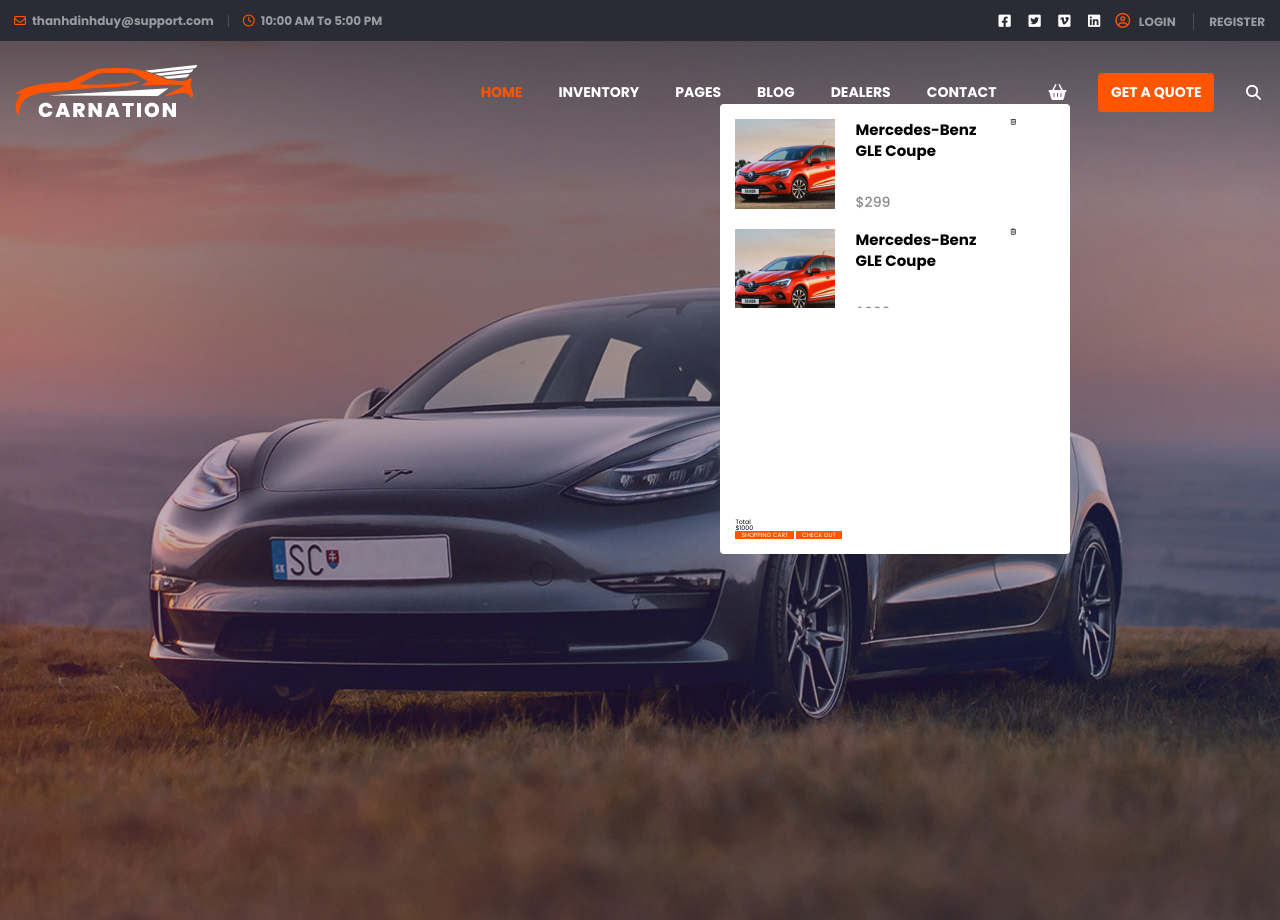
Repository: thanhdinh01/shopcar
Page: index.html
These files come from the project's save history. The page is drawn as it stood at one moment and after the next save; the edit follows.
The browser window is 1280 px wide. The pictures show the whole page.
Some web libraries are served in a nearby version. The style sheet was rebuilt from its Sass, Less or Tailwind sources for each picture, by a compiler version that may differ from the author's.

Above is the page before, as saved 2022-08-10 19:23:32.

### index.html
<!DOCTYPE html>
<html lang="en">
  <head>
    <meta charset="UTF-8" />
    <meta http-equiv="X-UA-Compatible" content="IE=edge" />
    <meta name="viewport" content="width=device-width, initial-scale=1.0" />
    <title>Increase follower on social media</title>
    <link
      rel="stylesheet"
      href="https://cdnjs.cloudflare.com/ajax/libs/font-awesome/6.1.2/css/all.min.css"
      integrity="sha512-1sCRPdkRXhBV2PBLUdRb4tMg1w2YPf37qatUFeS7zlBy7jJI8Lf4VHwWfZZfpXtYSLy85pkm9GaYVYMfw5BC1A=="
      crossorigin="anonymous"
      referrerpolicy="no-referrer"
    />
    <link
      href="https://fonts.googleapis.com/css2?family=Poppins:wght@300;400;500;600;700&display=swap"
      rel="stylesheet"
    />
    <link rel="stylesheet" href="./css/reset.css" />
    <link rel="stylesheet" href="./css/style.css" />
  </head>

  <body>
    <div class="main">
      <!-- HEADER -->
      <header class="header">
        <div class="header-top">
          <div class="container">
            <div class="header-top-container dflex">
              <ul class="header-top-left">
                <li>
                  <i class="fa-regular fa-envelope"></i>
                  <p>thanhdinhduy@support.com</p>
                </li>
                <li>
                  <i class="fa-regular fa-clock"></i>
                  <p>10:00 AM To 5:00 PM</p>
                </li>
              </ul>
              <ul class="header-top-right">
                <li class="header-contact">
                  <a href="#"><i class="fa-brands fa-square-facebook"></i></a>
                  <a href="#"><i class="fa-brands fa-square-twitter"></i></a>
                  <a href="#"><i class="fa-brands fa-square-vimeo"></i></a>
                  <a href="#"><i class="fa-brands fa-linkedin"></i></a>
                </li>
                <li class="header-login">
                  <a href="#" class="login">
                    <i class="fa-regular fa-circle-user"></i> LOGIN
                  </a>
                  <a href="#" class="logup"> REGISTER </a>
                </li>
              </ul>
            </div>
          </div>
        </div>
        <div class="header-navigation">
          <div class="container p15 dflex">
            <div class="nav-logo">
              <a href="#" class="logo-link">
                <img src="./images/header/logo.png" alt="logo" />
              </a>
            </div>
            <div class="nav-total dflex">
              <ul class="nav-list dflex">
                <li class="nav-item active">
                  <a href="#">HOME</a>
                </li>
                <li class="nav-item">
                  <a href="#">INVENTORY </a>
                  <ul class="sub-list">
                    <li class="sub-item">
                      <a href="#">Inventory List</a>
                    </li>
                    <li class="sub-item">
                      <a href="#">Inventory Details</a>
                    </li>
                  </ul>
                </li>
                <li class="nav-item">
                  <a href="#">PAGES</a>
                  <ul class="sub-list">
                    <li class="sub-item">
                      <a href="#">About us</a>
                    </li>
                    <li class="sub-item">
                      <a href="#">Loan Calculator</a>
                    </li>
                    <li class="sub-item">
                      <a href="#">Login Page</a>
                    </li>
                  </ul>
                </li>
                <li class="nav-item">
                  <a href="#">BLOG</a>
                  <ul class="sub-list">
                    <li class="sub-item">
                      <a href="#">Our Blog</a>
                    </li>
                    <li class="sub-item">
                      <a href="#">Blog Details</a>
                    </li>
                  </ul>
                </li>
                <li class="nav-item">
                  <a href="#">DEALERS</a>
                </li>
                <li class="nav-item">
                  <a href="#">CONTACT</a>
                </li>
              </ul>
              <ul class="nav-interact dflex">
                <li class="cart">
                  <a href="#" class="cart-link">
                    <i class="fa-solid fa-basket-shopping"></i>
                  </a>
                  <div class="cart-wrap">
                    <div class="cart-top">
                      <div class="cart-item">
                        <a href="#" class="product-img">
                          <img
                            src="./images/latest-car/t_released_cars_thumb01.jpg"
                            alt=""
                          />
                        </a>
                        <div class="product-desc">
                          <a href="#" class="product-title"
                            >Mercedes-Benz GLE Coupe</a
                          >
                          <span class="product-price">$299</span>
                        </div>
                        <div class="delete-item">
                          <i class="fa-regular fa-trash-can"></i>
                        </div>
                      </div>
                      <div class="cart-item">
                        <a href="#" class="product-img">
                          <img
                            src="./images/latest-car/t_released_cars_thumb01.jpg"
                            alt=""
                          />
                        </a>
                        <div class="product-desc">
                          <a href="#" class="product-title">
                            Mercedes-Benz GLE Coupe
                          </a>
                          <span class="product-price">$299</span>
                        </div>
                        <div class="delete-item">
                          <i class="fa-regular fa-trash-can"></i>
                        </div>
                      </div>
                      <div class="cart-item">
                        <a href="#" class="product-img">
                          <img
                            src="./images/latest-car/t_released_cars_thumb01.jpg"
                            alt=""
                          />
                        </a>
                        <div class="product-desc">
                          <a href="#" class="product-title"
                            >Mercedes-Benz GLE Coupe</a
                          >
                          <span class="product-price">$299</span>
                        </div>
                        <div class="delete-item">
                          <i class="fa-regular fa-trash-can"></i>
                        </div>
                      </div>
                      <div class="cart-item">
                        <a href="#" class="product-img">
                          <img
                            src="./images/latest-car/t_released_cars_thumb01.jpg"
                            alt=""
                          />
                        </a>
                        <div class="product-desc">
                          <a href="#" class="product-title"
                            >Mercedes-Benz GLE Coupe</a
                          >
                          <span class="product-price">$299</span>
                        </div>
                        <div class="delete-item">
                          <i class="fa-regular fa-trash-can"></i>
                        </div>
                      </div>
                    </div>
                    <div class="cart-bottom">
                      <div class="cart-bottom-price">
                        <p>Total</p>
                        <span>$1000</span>
                      </div>
                      <div class="cart-bottom-buying">
                        <button class="button buy-now">SHOPPING CART</button>
                        <button class="button check-out">CHECK OUT</button>
                      </div>
                    </div>
                  </div>
                </li>
                <li class="quote">
                  <button class="button">GET A QUOTE</button>
                </li>
                <li class="search">
                  <i class="fa-solid fa-magnifying-glass"></i>
                </li>
              </ul>
            </div>
          </div>
        </div>
        <div class="header-main"></div>
        <div class="header-selection"></div>
      </header>
    </div>
  </body>
</html>

### css/style.scss
@import "reset";
@import "variables";
@import "global";
@import "header";

### css/_variables.scss
$primaryColor: #ff5400;
$blackColor: #000;
$whiteColor: #fff;
$textColor: #9c9c9c;

### css/_global.scss
body,
*,
html {
    font-family: 'Poppins', sans-serif;
    font-size: 62.5%;
    box-sizing: border-box;
}

.container {
    max-width: 1440px;
    margin: 0 auto;
}

.dflex {
    display: flex;
    justify-content: space-between;
    align-items: center;
}

.button {
    outline: none;
    border: none;
    color: $whiteColor;
    background-color: $primaryColor;
    line-height: 1;
}

.p15 {
    padding: 0 15px;
}

### css/_header.scss
.header {
  background: url("../images/header/banner_bg02.jpg") center/ cover no-repeat;
  height: 920px;
  .header-top {
    max-width: 100%;
    height: 41px;
    background-color: #2b2b35;
    color: #979da0;
    font-size: 1.2rem;
    font-weight: 700;
    &-container,
    .container {
      height: 100%;
    }
    &-left {
      display: flex;
      li:first-child {
        border-right: 1px solid #4f4f4f;
      }
      li {
        display: flex;
        align-items: center;
        padding: 0 14px;
        i {
          color: $primaryColor;
          margin-right: 6px;
        }
      }
    }
    &-right {
      display: flex;
      align-items: center;
      .header-contact {
        a {
          color: $whiteColor;
          margin-left: 15px;
          font-size: 1.4rem;
          text-decoration: none;
          i {
            display: inline-block;
          }
          &:hover {
            color: $primaryColor;
          }
        }
      }
      .header-login {
        a {
          text-decoration: none;
          color: #979da0;
          padding: 0 15px;
          font-size: 12px;
          &:first-child {
            padding-right: 15px;
            border-right: 1px solid #4f4f4f;
            i {
              color: $primaryColor;
              margin-right: 6px;
              font-size: 1.5rem;
            }
          }
          &:hover {
            color: $primaryColor;
          }
        }
      }
    }
  }
  .header-navigation {
    padding-top: 24px;
    position: relative;
    &::after {
      content: "";
      position: absolute;
      left: 0;
      top: 0;
      width: 100%;
      height: 156px;
      background: linear-gradient(to bottom, #151515, transparent);
      opacity: 0.47;
    }
    .nav-logo,
    .nav-total {
      z-index: 1;
    }
    .nav-list {
      margin-right: 30px;
      .nav-item.active {
        a {
          color: $primaryColor;
        }
      }
      .nav-item {
        position: relative;
        a {
          padding: 20px 18px;
          display: inline-block;
          text-decoration: none;
          font-size: 14px;
          font-weight: 700;
          color: $whiteColor;
          &:hover {
            color: $primaryColor;
          }
        }
        &:hover .sub-list {
          opacity: 1;
          visibility: visible;
          transform: scale(1);
        }
        .sub-list {
          position: absolute;
          top: 100%;
          left: 0;
          width: 200px;
          padding: 15px 0;
          background-color: $whiteColor;
          box-shadow: 0px 30px 70px 0px rgb(137 139 142 / 15%);
          transform: scale(1, 0);
          transform-origin: 0 0;
          opacity: 0;
          visibility: hidden;
          transition: all 0.3s ease-in-out;
          .sub-item a {
            color: $blackColor;
            display: block;
            padding: 16px 18px;
            &:hover {
              color: $primaryColor;
            }
          }
        }
      }
    }
    .nav-interact {
      gap: 0 28px;
      .cart {
        position: relative;
        .cart-link {
          display: block;
          padding: 4px;
          i {
            font-size: 1.6rem;
            color: $whiteColor;
          }
        }
        .cart-wrap {
          position: absolute;
          right: 0;
          top: 100%;
          height: 450px;
          width: 350px;
          padding: 15px;
          display: flex;
          flex-direction: column;
          justify-content: space-between;
          background-color: $whiteColor;
          border-radius: 4px;
          .cart-top {
            max-height: 45%;
            width: 100%;
            overflow: auto;
            flex: 1;
            .cart-item {
              display: grid;
              grid-template-columns: 2fr 3fr 1fr;
              grid-gap: 0 20px;
              margin-bottom: 20px;
              .product-img {
                width: 100px;
                height: 90px;
                img {
                  width: 100%;
                  height: 100%;
                  object-fit: cover;
                }
              }
              .product-desc {
                display: flex;
                flex-direction: column;
                justify-content: space-between;
                .product-title {
                  font-size: 1.5rem;
                  font-weight: 700;
                  text-decoration: none;
                  color: $blackColor;
                  line-height: 1.4;
                }
                .product-price {
                  color: #8b8b8b;
                  font-size: 1.4rem;
                  font-weight: 500;
                }
              }
            }
          }
        }
      }
      .quote {
        button {
          color: $whiteColor;
          font-size: 1.4rem;
          font-weight: 700;
          padding: 12.5px;
          border-radius: 4px;
          min-width: 44px;
          cursor: pointer;
          transition: all 0.3s ease;
          &:hover {
            background-color: $blackColor;
          }
        }
      }
      .search {
        i {
          display: block;
          font-size: 1.5rem;
          padding: 4px;
          color: $whiteColor;
          cursor: pointer;
        }
      }
    }
  }
}

Loaded but not shown: css/reset.css (common file); css/_reset.scss (common file)

After the next save:
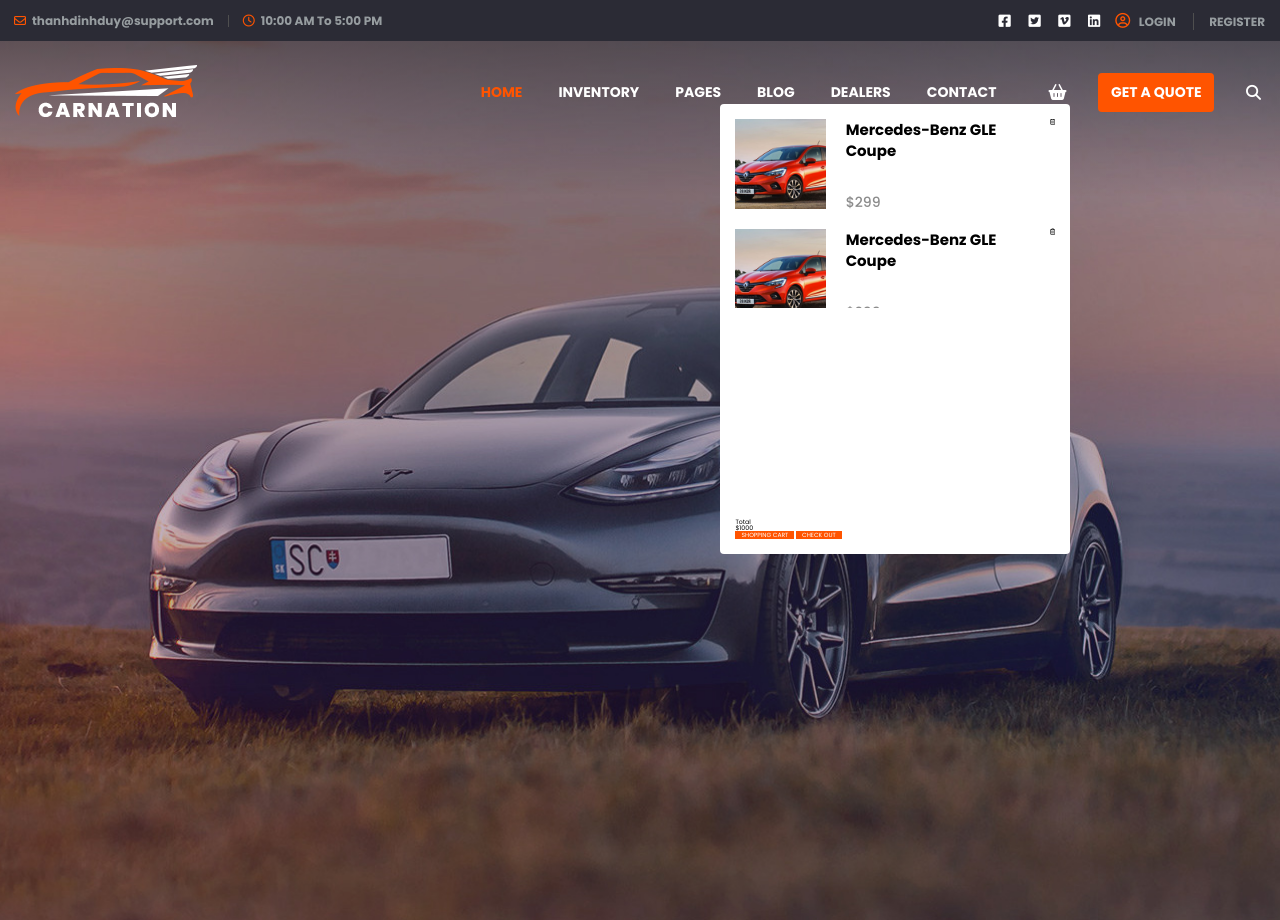
Saved 2 min 39 s later.
--- a/css/_header.scss
+++ b/css/_header.scss
@@ -162,9 +162,8 @@
             overflow: auto;
             flex: 1;
             .cart-item {
-              display: grid;
-              grid-template-columns: 2fr 3fr 1fr;
-              grid-gap: 0 20px;
+              display: flex;
+              gap: 0 20px;
               margin-bottom: 20px;
               .product-img {
                 width: 100px;
@@ -192,6 +191,8 @@
                   font-weight: 500;
                 }
               }
+              .delete-item {
+              }
             }
           }
         }
